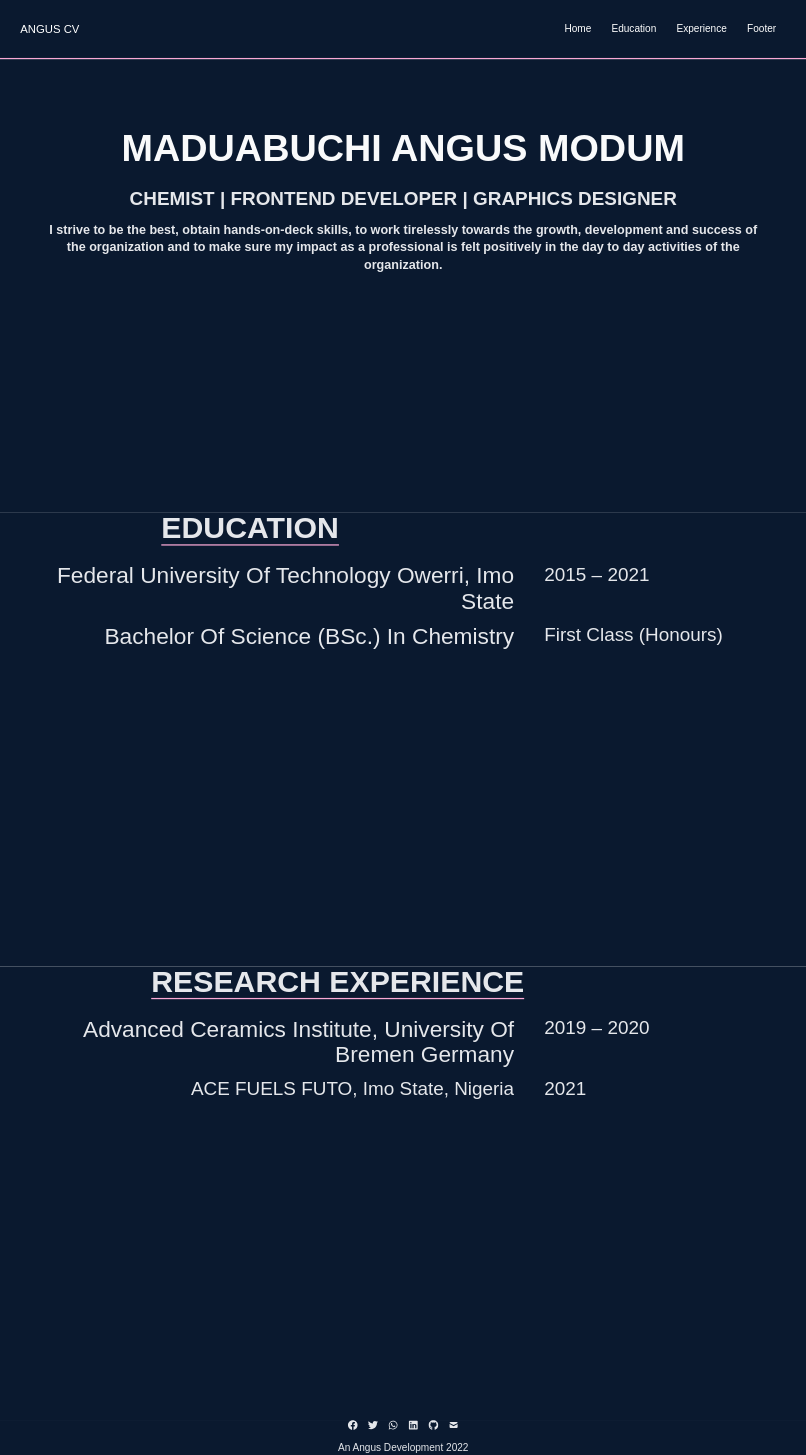
Repository: AngusOnyebuchi/AngusOnyebuchi.github.io
Page: /
The author's editor kept a copy of each file at every save. The page is drawn from the files as they stood at one save, then again after the next save.
The browser window is 1280 px wide. The pictures show the whole page, at 63% of full size.
The project was rebuilt for these pictures with package versions that can differ from the ones it lists, and the page was loaded fresh each time.

Above is the page before, as saved 2022-04-17 20:44:21.

After the next save:
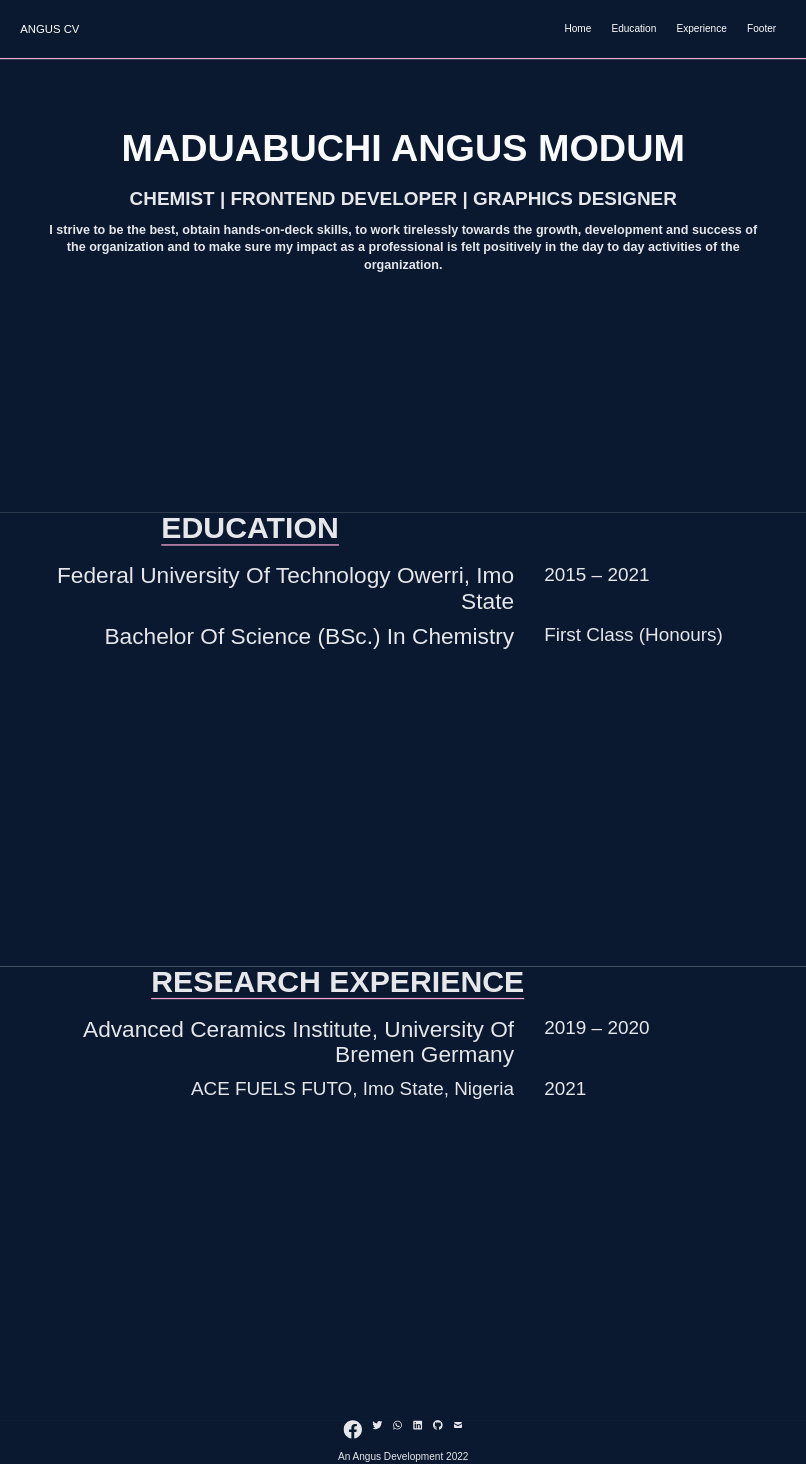
Saved 44 s later.
--- a/src/components/Contact.js
+++ b/src/components/Contact.js
@@ -7,7 +7,7 @@ export default function Contact() {
         <div className="bg-[#0a192f] w-full text-gray-200">
 
             <div className="flex justify-center gap-4">
-                <FaFacebook/>
+                <FaFacebook size={30}/>
                 <FaTwitter/>
                 <FaWhatsapp/>
                 <FaLinkedin/>
